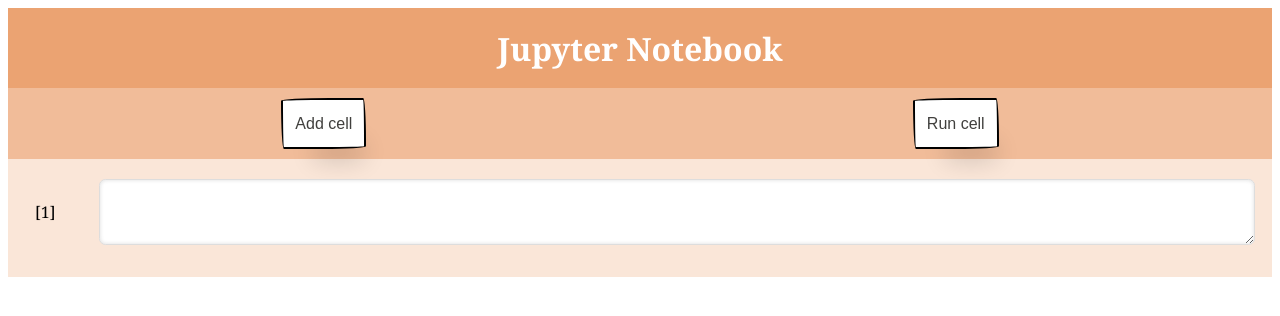
Repository: lingzi-liu/jupyter_notebook_prototype
Page: templates/index.html
An editor plug-in stored every save of this project. The page is shown before and after the next save, followed by the edit.
The browser window is 1280 px wide. The pictures show the whole page.

Above is the page before, as saved 2022-11-13 12:16:31.

### templates/index.html
<!DOCTYPE html>
<html lang="en">

<head>
    <meta charset="UTF-8">
    <meta http-equiv="X-UA-Compatible" content="IE=edge">
    <meta name="viewport" content="width=device-width, initial-scale=1.0">
    <link rel="stylesheet" href="../static/styles/style.css">
    <script defer src="../static/scripts/command_handler.js"></script>
    <script defer src="../static/scripts/add_cell.js"></script>
    <title>Jupter Notebook</title>
</head>

<body>
    <!-- Navigation Bar -->
    <div id="nav">
        <h1>Jupyter Notebook</h1>
    </div>


    <!-- Button Bar -->
    <div id="commands">
        <!-- Add Cell allows you to add new code cells -->
        <!--Triggering a function addCell() when clicked -->
        <button onclick="addCell()">Add cell</button>
        <!-- Run Cell allows you to run the code in a selected cell -->
        <!--Triggering a function runCell() when clicked -->
        <button onclick="runCell()" id="run">Run cell</button>
    </div>


    <!-- Cell list -->
    <div id="cell-list">
        <!-- Each cell is in separate division -->
        <!-- When clicked, the current cell should become the selected cell by triggering the function selectedCell(this) -->
        <div class="cell" id="1" onclick="selecteCell(this)">
            <h4>[1]</h4>
            <textarea onkeyup="do_resize(this);"></textarea>

            <!--a paragraph component below the cell box for the error message or result, if there is one
            -->
            <p></p>
        </div>
    </div>
</body>

</html>

### static/styles/style.css
#nav {
  height: 80px;
  background-color: rgba(228, 126, 58, 0.712);
  font-weight: bold;
  display: flex;
  align-items: center;
}

#nav h1 {
  margin: auto;
  color: white;
  font-family: Georgia, 'Times New Roman', Times, serif;
  text-align: center;
}

#commands {
  background-color: rgba(228, 126, 58, 0.516);
  display: flex;
  justify-content: space-around;
}

#commands button {
  margin: 10px;
  align-self: center;
  background-color: #fff;
  background-image: none;
  background-position: 0 90%;
  background-repeat: repeat no-repeat;
  background-size: 4px 3px;
  border-radius: 15px 225px 255px 15px 15px 255px 225px 15px;
  border-style: solid;
  border-width: 2px;
  box-shadow: rgba(0, 0, 0, .2) 15px 28px 25px -18px;
  box-sizing: border-box;
  color: #41403e;
  cursor: pointer;
  display: inline-block;
  font-family: Neucha, sans-serif;
  font-size: 1rem;
  line-height: 23px;
  outline: none;
  padding: .75rem;
  text-decoration: none;
  transition: all 235ms ease-in-out;
  border-bottom-left-radius: 15px 255px;
  border-bottom-right-radius: 225px 15px;
  border-top-left-radius: 255px 15px;
  border-top-right-radius: 15px 225px;
  user-select: none;
  -webkit-user-select: none;
  touch-action: manipulation;
}

#commands button:hover {
  box-shadow: rgba(0, 0, 0, .3) 2px 8px 8px -5px;
  transform: translate3d(0, 2px, 0);
}

#commands button:focus {
  box-shadow: rgba(0, 0, 0, .3) 2px 8px 4px -6px;
}

#cell-list .cell {
  background-color: white;
  padding-top: 20px;
  margin: auto;
  align-items: center;
  display: flex;
  flex-flow: row wrap;
  justify-content: space-around;
}

#cell-list .cell:hover {
  background-color: rgba(228, 126, 58, 0.195);
}

#cell-list .cell textarea {
  border-radius: 0.4rem;
  border: 1px solid #ddd;
  padding: 0.5rem;
  color: #666;
  box-shadow: inset 0 0 0.25rem #ddd;
  font-family: Georgia, 'Times New Roman', Times, serif;
  font-size: large;
  width: 90%;

}

#cell-list .cell textarea:focus {
  outline: none;
  border: 1px solid darken(#ddd, 5%);
  box-shadow: inset 0 0 0.5rem darken(#ddd, 5%);
}

#cell-list .cell h4 {
  display: inline-block;
  margin: 0;
  padding: 0 10px;
  font-weight: lighter;
  font-family: Georgia, 'Times New Roman', Times, serif;
}

#cell-list .cell p {
  width: 100%;
  font-family: Georgia, 'Times New Roman', Times, serif;
  margin-left: 120px;
}

### static/scripts/command_handler.js
// runCell() takes the code in the cell and outputs the result if there is a result or the error if there is an error
function runCell() {
    // disable the button from being run again until we process the current code
    runButton = document.getElementById('run');
    runButton.disabled = true;

    cellNum = document.getElementById(selectedCellNumber);
    // get text from the textarea
    text = cellNum.children[1].value;

    // Send the text to the python backend as a command
    // get the response from post request
    fetch('/evaluate', {
        method: 'POST',
        headers: {
            'Content-Type': 'application/json'
        },
        body: JSON.stringify({
            command: text
        })
    }).then((response) => response.json()).then((data) => {
        // Insert the response below the respective code cell as a string
        cellNum.children[2].innerText = data.result;

        // enable the button again
        runButton.disabled = false;
    });
}

### static/scripts/add_cell.js
let selectedCellNumber = 1; //  the id of the currently selected cell
let maxCellNumber = 1; // the total number of cells

// adjusts the size of the text box depending on the text input.
// If the text input becomes larger than the current size of the textbox
// then we need to increase the size of the cell.
function do_resize(textbox) {
    var maxrows = 50;
    var txt = textbox.value;
    var cols = textbox.cols;

    var arraytxt = txt.split('\n');
    var rows = arraytxt.length;

    for (i = 0; i < arraytxt.length; i++)
        rows += parseInt(arraytxt[i].length / cols);

    if (rows > maxrows) textbox.rows = maxrows;
    else textbox.rows = rows;
}

// changes the selected cell based on an input cell.
function selecteCell(cell) {
    if (selectedCellNumber) {
        document.getElementById(selectedCellNumber).style.backgroundColor = "white";
    }
    selectedCellNumber = cell.id;
    document.getElementById(selectedCellNumber).style.backgroundColor = "rgba(228, 126, 58, 0.195)";
}

// Ensure that the selected cell when the page is first opened is the first and only cell on the page
selecteCell(document.getElementById("1"))

// adds a cell below the current cells
function addCell() {
    maxCellNumber++;
    cellList = document.getElementById("cell-list");
    cellList.insertAdjacentHTML('beforeend',
        `<div class="cell" id="${maxCellNumber}" onclick="selecteCell(this)">
            <h4>[${maxCellNumber}]</h4>
            <textarea onkeyup="do_resize(this);"></textarea>
            <p></p>
        </div>`);

    selecteCell(document.getElementById(maxCellNumber));
}

After the next save:
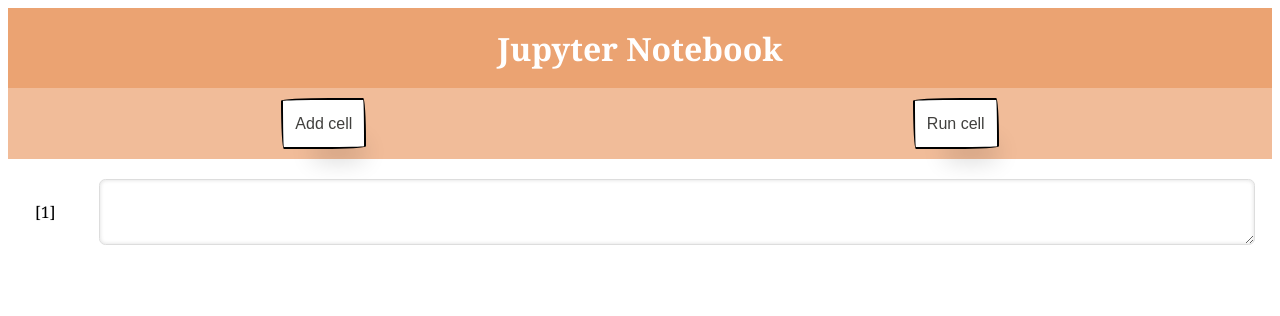
Saved 66 s later.
--- a/static/scripts/add_cell.js
+++ b/static/scripts/add_cell.js
@@ -22,10 +22,10 @@
 // changes the selected cell based on an input cell.
 function selecteCell(cell) {
     if (selectedCellNumber) {
-        document.getElementById(selectedCellNumber).style.backgroundColor = "white";
+        document.getElementById(selectedCellNumber).style.backgroundColor = "rgba(228, 126, 58, 0.195)";
     }
     selectedCellNumber = cell.id;
-    document.getElementById(selectedCellNumber).style.backgroundColor = "rgba(228, 126, 58, 0.195)";
+    document.getElementById(selectedCellNumber).style.backgroundColor = "white";
 }
 
 // Ensure that the selected cell when the page is first opened is the first and only cell on the page

After the save that followed:
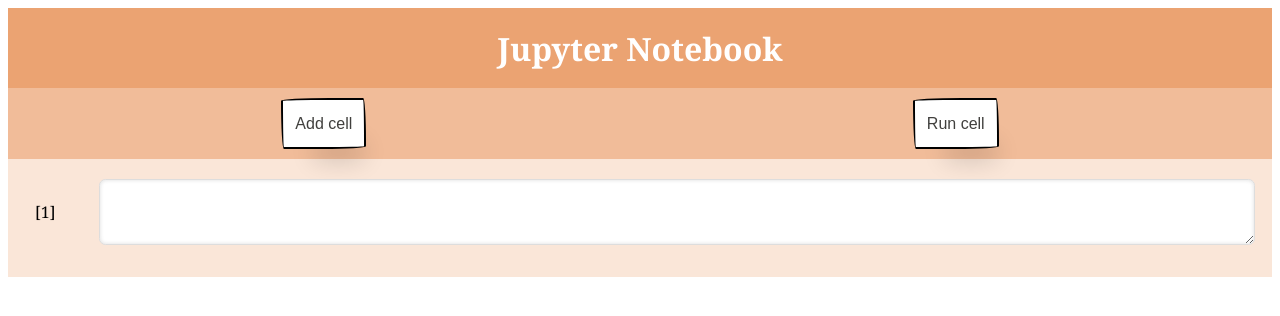
Saved 2 min 46 s later.
--- a/static/scripts/add_cell.js
+++ b/static/scripts/add_cell.js
@@ -22,10 +22,11 @@
 // changes the selected cell based on an input cell.
 function selecteCell(cell) {
     if (selectedCellNumber) {
-        document.getElementById(selectedCellNumber).style.backgroundColor = "rgba(228, 126, 58, 0.195)";
+        document.getElementById(selectedCellNumber).style.backgroundColor = "white";
     }
     selectedCellNumber = cell.id;
-    document.getElementById(selectedCellNumber).style.backgroundColor = "white";
+    document.getElementById(selectedCellNumber).style.backgroundColor = "rgba(228, 126, 58, 0.195)";
+    console.log('cell selected: ', selectedCellNumber)
 }
 
 // Ensure that the selected cell when the page is first opened is the first and only cell on the page
